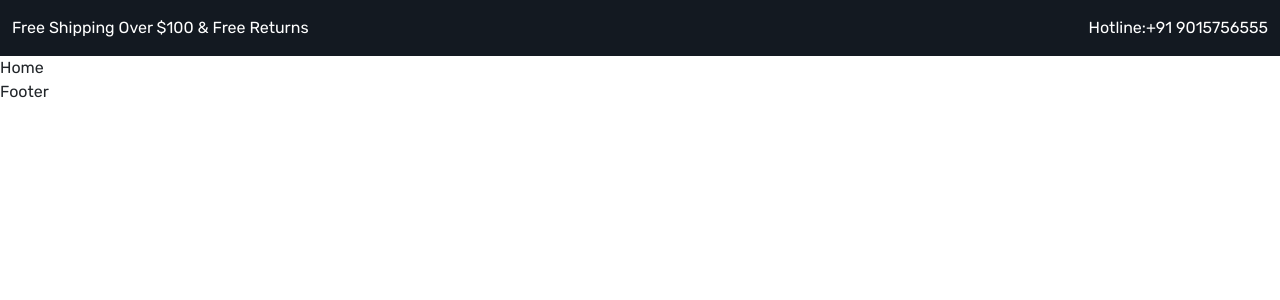
Repository: anamikatomar21/demo
Page: /
These files come from the project's save history. The page is drawn as it stood at one moment and after the next save; the edit follows.
The browser window is 1280 px wide. The pictures show the whole page.
The project was rebuilt for these pictures with package versions that can differ from the ones it lists, and the page was loaded fresh each time. Also part of the build but not shown: src/pages/About.js, src/pages/Contact.js.

Above is the page before, as saved 2023-05-13 13:26:17.

After the next save:
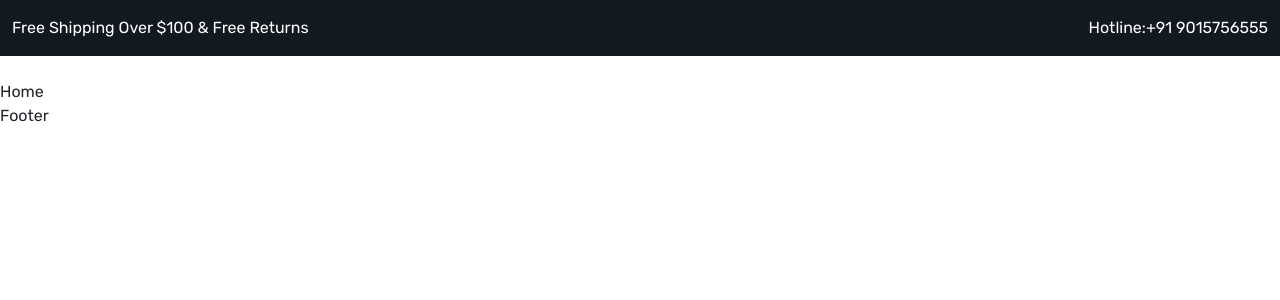
Saved 20 s later.
--- a/src/components/Header.js
+++ b/src/components/Header.js
@@ -27,7 +27,7 @@
       <header>
         <div className="container-xxl">
           <div className="row">
-            <div className="col-2"></div>
+            <div className="col-2"><Link></Link></div>
             <div className="col-5"></div>
             <div className="col-5"></div>
           </div>
